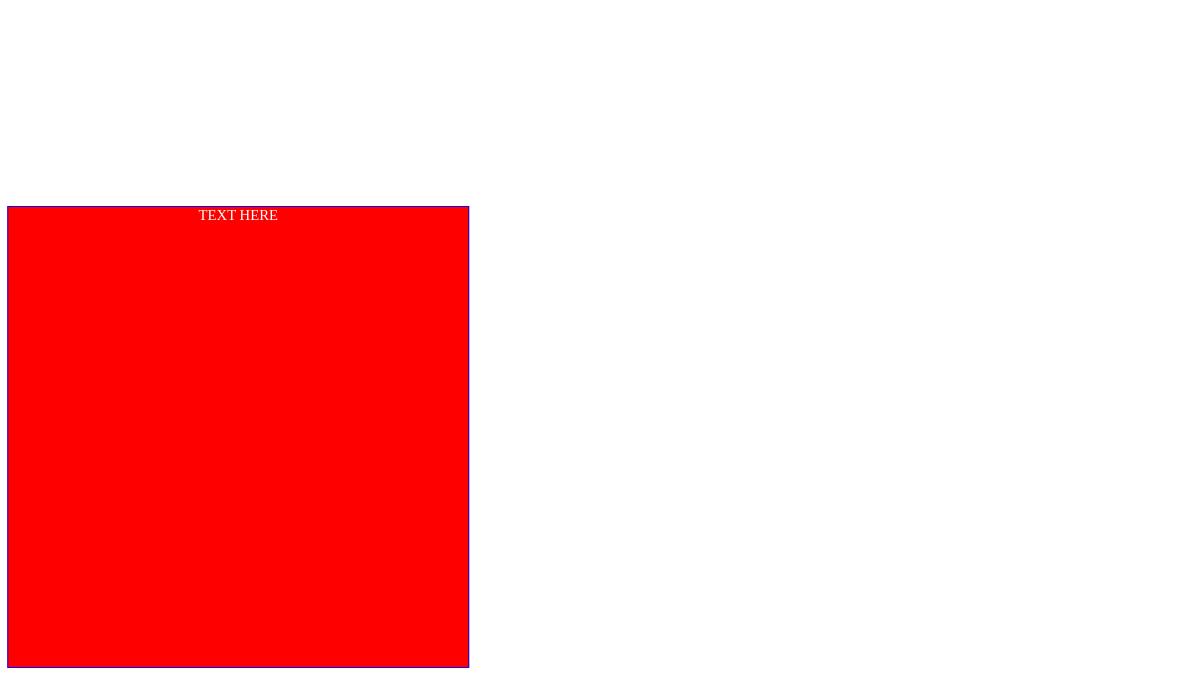
Repository: piyushiso/piyushiso.github.io
Page: random/daynight/index.html
These files come from the project's save history. The page is drawn as it stood at one moment and after the next save; the edit follows.
The browser window is 1280 px wide. The page is 1288 px wide, so the pictures cover 1288 px, including what lies to the right of the window. The pictures show the whole page, at 92% of full size.

Above is the page before, as saved 2022-05-23 16:05:03.

### random/daynight/index.html
<html lang="en">
<head>
    <meta charset="UTF-8">
    <meta http-equiv="X-UA-Compatible" content="IE=edge">
    <meta name="viewport" content="width=device-width, initial-scale=1.0">
    <link href="styles/style.css" rel="stylesheet" />
    <title>Document</title>
</head>
<body>
    <div>
        TEXT HERE
    </div>
</body>
</html>

### random/daynight/styles/style.css
body{
    height: 100%;
    width: 100%;
    /* overflow: hidden; */
    position: relative;
    top: 0;
    left: 0;
}

body div{
    background: red;
    height: 500px;
    width: 500px;
    border: solid thin blue;
    position: absolute;
    top: 30%;
    text-align: center;
    color: white;
}

After the next save:
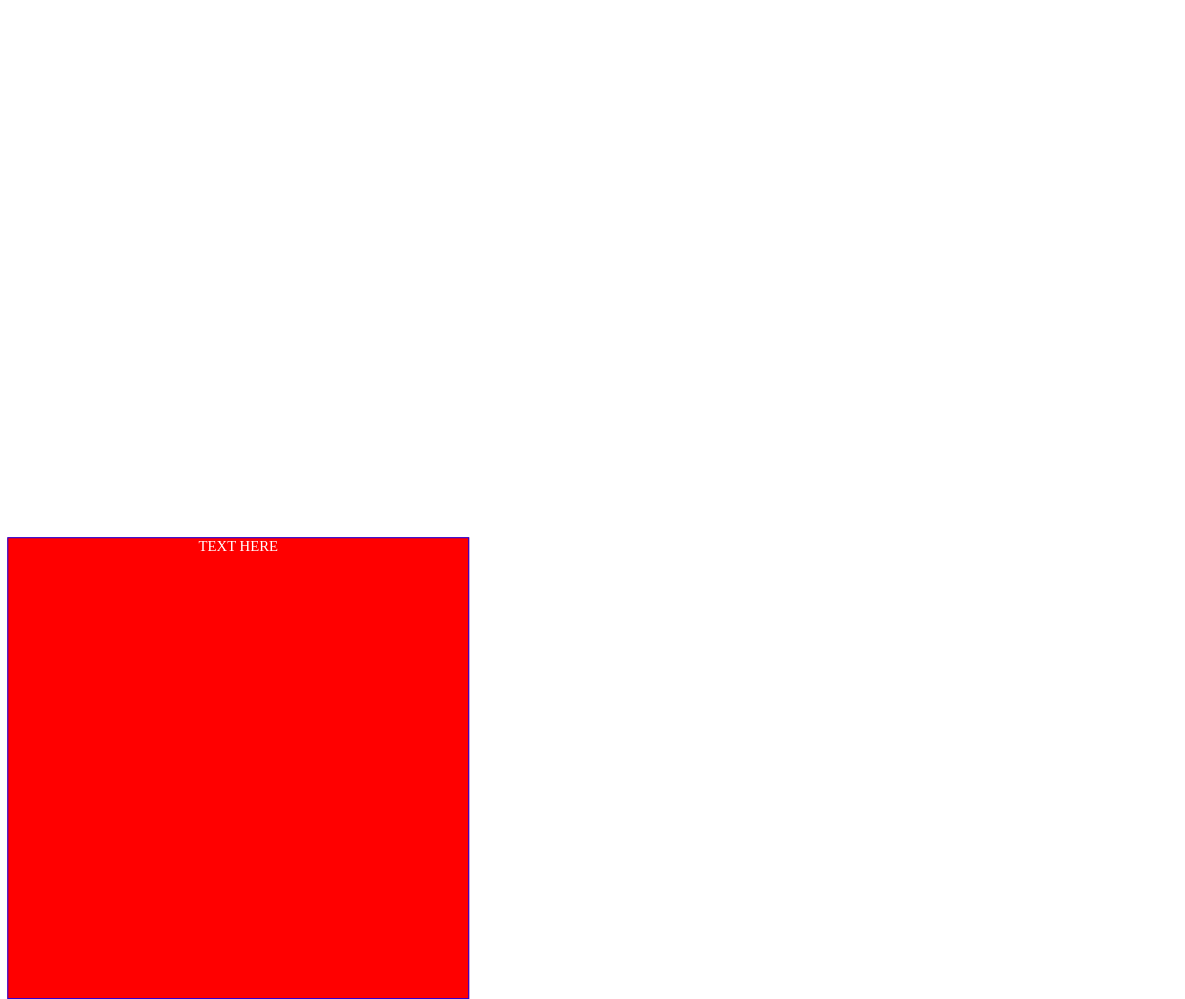
Saved 8 s later.
--- a/random/daynight/styles/style.css
+++ b/random/daynight/styles/style.css
@@ -13,7 +13,7 @@
     width: 500px;
     border: solid thin blue;
     position: absolute;
-    top: 30%;
+    top: 80%;
     text-align: center;
     color: white;
 }
